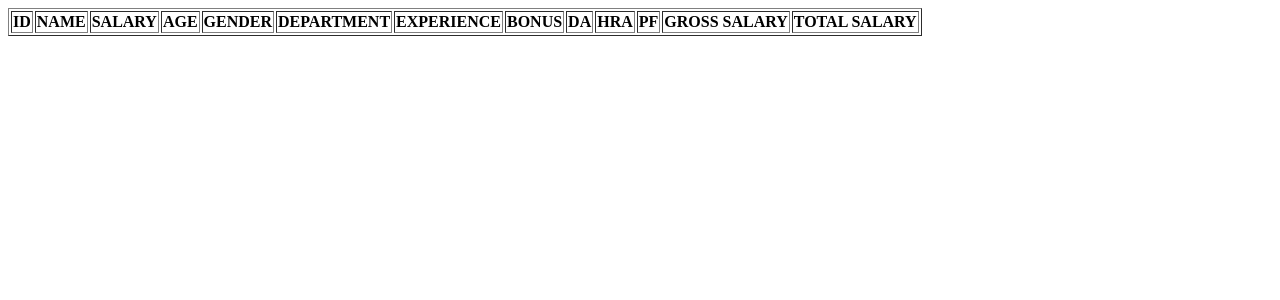
Repository: Lathadasari3010/SoftwareExamples
Page: http://localhost/employee-list
The author's editor kept a copy of each file at every save. The page is drawn from the files as they stood at one save, then again after the next save.
The browser window is 1280 px wide. The pictures show the whole page.
The page is this project's Thymeleaf template; nobody is signed in. The template is opened directly, without the code that normally fills it, so the values that code supplies are empty.

Above is the page before, as saved 2024-12-21 14:24:31.

After the next save:
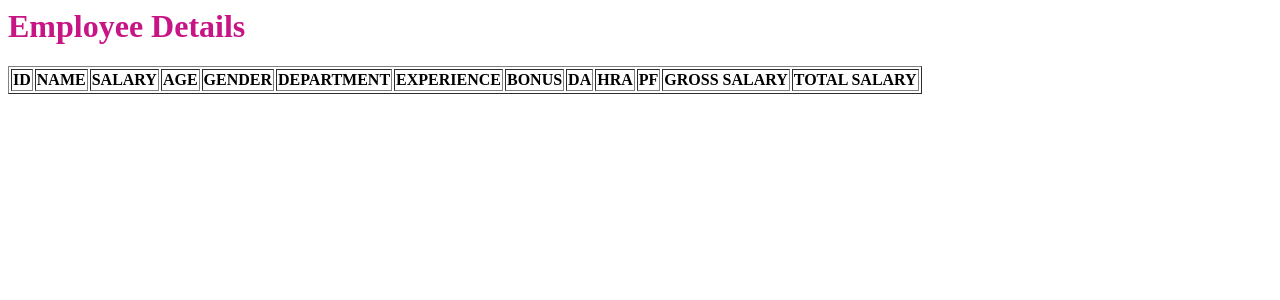
Saved 5 min 49 s later.
--- a/SpringBoot-1/src/main/resources/templates/employee-list.html
+++ b/SpringBoot-1/src/main/resources/templates/employee-list.html
@@ -4,7 +4,7 @@
 	</head>
 	<body>
 		<div>
-			<h1 style="color: mediumvioletred;"></h1>
+			<h1 style="color: mediumvioletred;">Employee Details</h1>
 			<table border="1">
 				<thead>
 					<tr>
